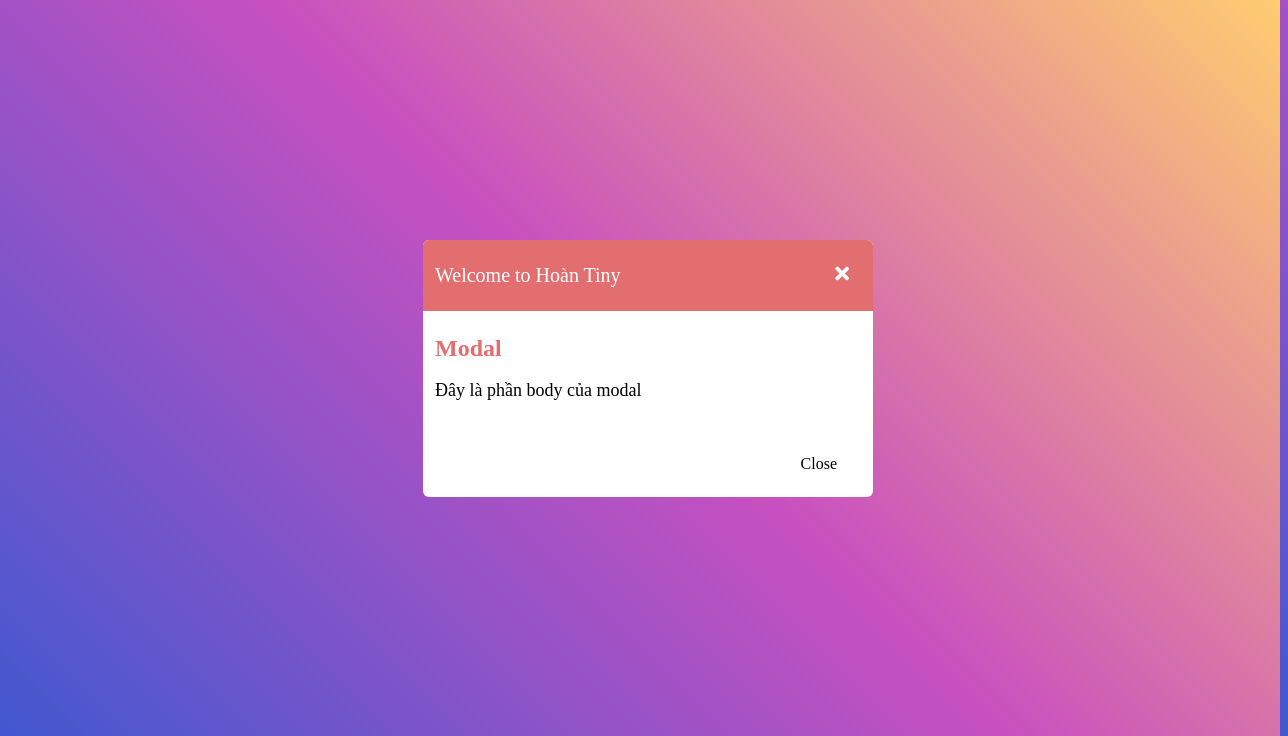
Repository: HoanTiny/30projects-30day
Page: Day 3/index.html
These files come from the project's save history. The page is drawn as it stood at one moment and after the next save; the edit follows.
The browser window is 1280 px wide. The page is 1288 px wide, so the pictures cover 1288 px, including what lies to the right of the window. The pictures show the whole page.
Some web libraries are served in a nearby version.

Above is the page before, as saved 2021-12-01 16:09:45.

After the next save:
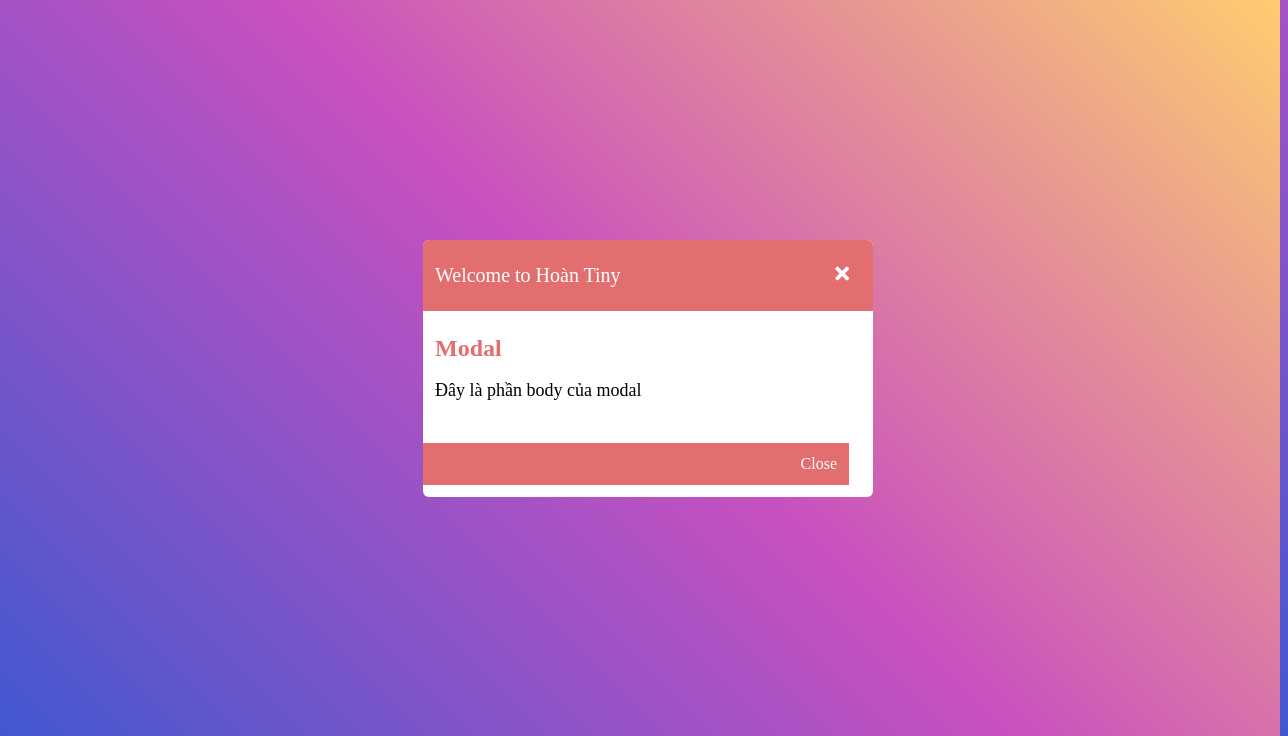
Saved 12 s later.
--- a/Day 3/styles.css
+++ b/Day 3/styles.css
@@ -57,4 +57,6 @@ body {
     margin-right: 24px;
     margin-bottom: 12px;
     padding: 12px;
+    background-color: #e26e70;
+    color: #fff;
 }
